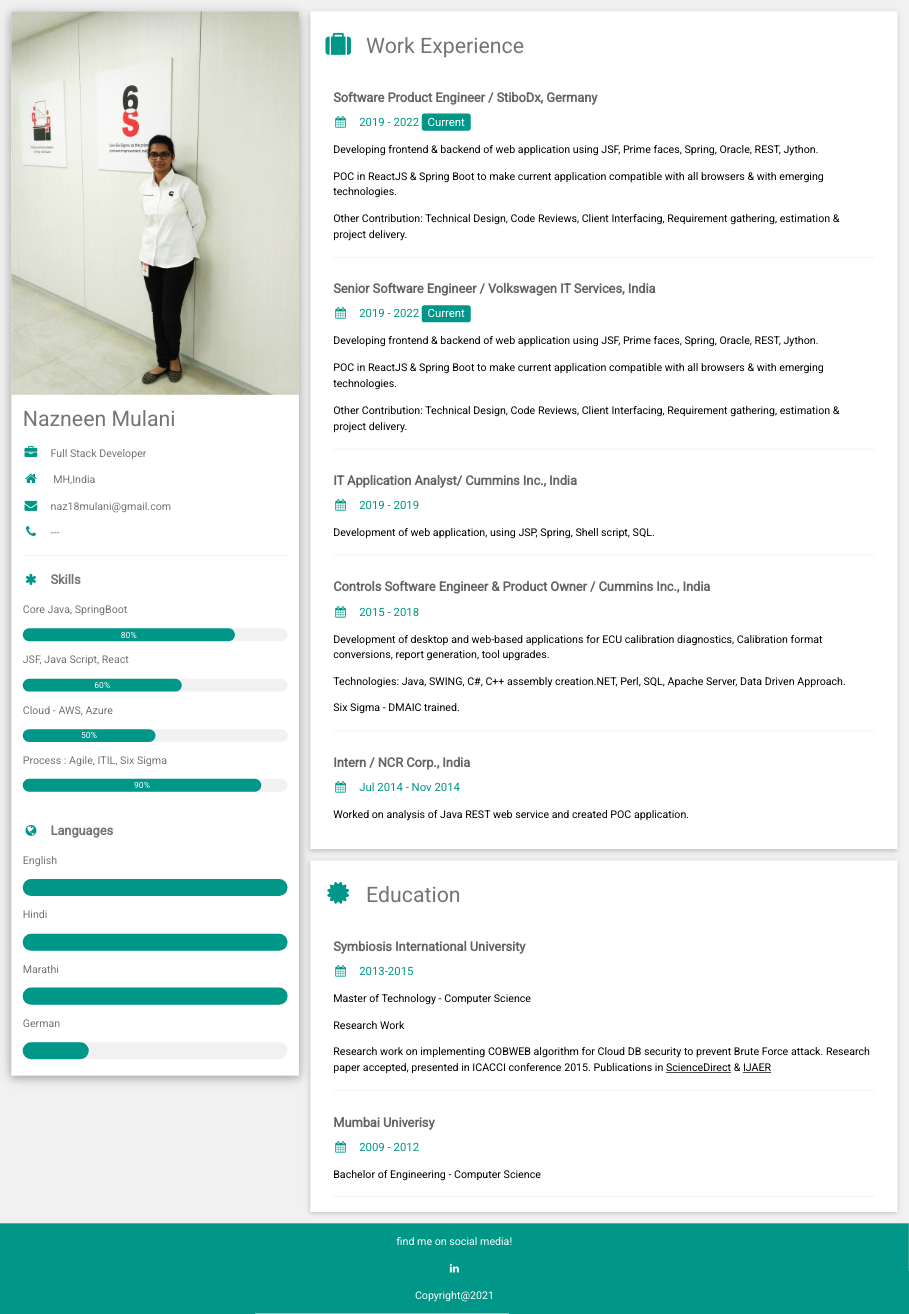
Repository: nazneenprojects/nazneen.github.io
Page: index.html
The author's editor kept a copy of each file at every save. The page is drawn from the files as they stood at one save, then again after the next save.
The browser window is 1280 px wide. The pictures show the whole page, at 71% of full size.

Above is the page before, as saved 2023-07-08 15:42:43.

After the next save:
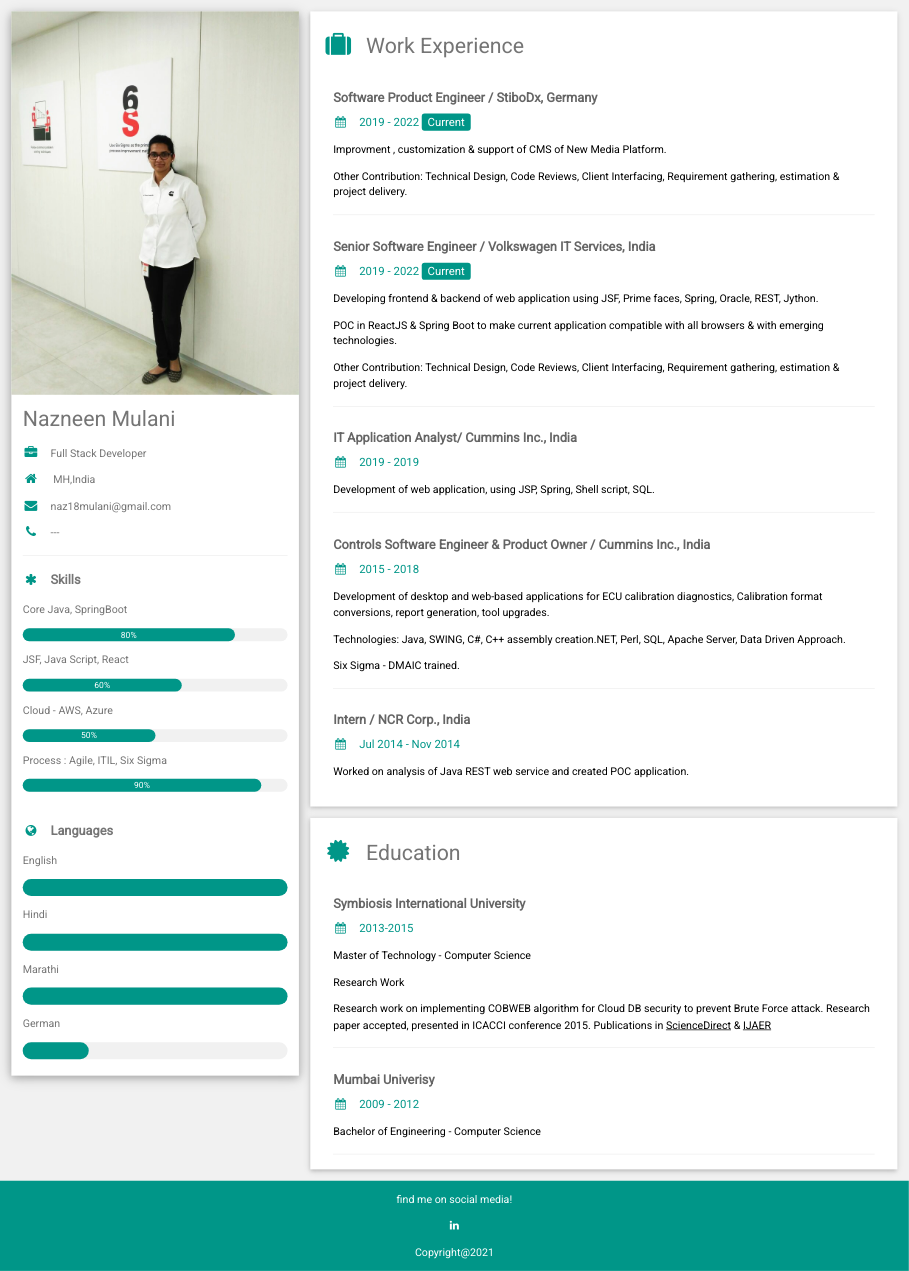
Saved 3 min 44 s later.
--- a/index.html
+++ b/index.html
@@ -87,8 +87,7 @@
         <div class="w3-container">
           <h5 class="w3-opacity"><b>Software Product Engineer / StiboDx, Germany</b></h5>
           <h6 class="w3-text-teal"><i class="fa fa-calendar fa-fw w3-margin-right"></i>2019 - 2022 <span class="w3-tag w3-teal w3-round">Current</span></h6>
-          <p>Developing frontend & backend of web application using JSF, Prime faces, Spring, Oracle, REST, Jython.</p>
-          <p>POC in ReactJS & Spring Boot to make current application compatible with all browsers & with emerging technologies.</p>
+          <p> Improvment , customization & support of CMS of New Media Platform.</p>
           <p>Other Contribution: Technical Design, Code Reviews, Client Interfacing, Requirement gathering, estimation & project delivery.</p>
           <hr>
         </div>
